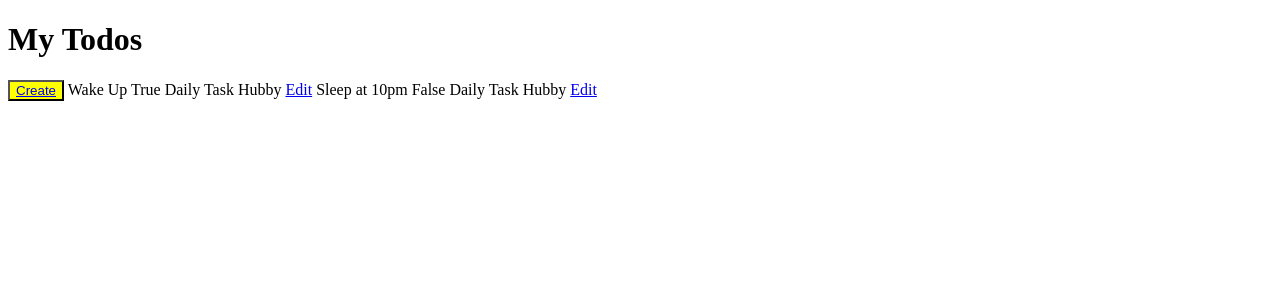
Repository: 99Ace/djangoLesson
Page: http://localhost/todos/
The author's editor kept a record of every edit. The page is drawn from the files as they stood at one moment, then again after the next edit.
The browser window is 1280 px wide. The pictures show the whole page.
The page is served by the project's application, run on Django 2.2 (manage.py). Other server files are loaded and not shown. The page reads the database file committed with the project.

Above is the page before.

### todos/views.py
from django.shortcuts import render, HttpResponse, redirect, get_object_or_404
from .models import Item
from .forms import ItemForm

# Create your views here.
def show_todos(request):
    results = Item.objects.all()
    return render(request, "todo.html", {
        'items':results
    })

# CREATE FUNCTION
def create_item(request):
  if request.method == "POST":
        form = ItemForm(request.POST, request.FILES)
        if form.is_valid():
            form.save()
            return redirect(show_todos)
  else:
     form = ItemForm()
     return render(request, "todo_form.html", {'form': form})

#create new function
def edit_item(request, id):
    item = get_object_or_404(Item, pk=id)

    if request.method == "POST":
        form = ItemForm(request.POST, instance=item)
        if form.is_valid():
            form.save()
            return redirect(show_todos)
    else:
        form = ItemForm(instance=item)
    return render(request, "todo_form.html", {'form': form})

### todos/templates/todo.html
<!DOCTYPE html>
<html lang="en">
<head>
    <meta charset="UTF-8">
    <meta name="viewport" content="width=device-width, initial-scale=1.0">
    <meta http-equiv="X-UA-Compatible" content="ie=edge">
    <title>Document</title>
</head>
<body>
    <h1> My Todos</h1>
    <button style="background-color:yellow"><a href="create">Create</a></button>
    <tr>
        {% for i in items %}
         <td>
             {{ i.name }}
             {{ i.done }}
             {{ i.tag }}
             {{ i.category }}
             {{ i.assign }} <a href="edit/{{i.id}}">Edit</a>
         </td>
        {%endfor%}
    </tr>
</body>
</html>

### todos/models.py
from django.db import models

# Create your models here.
# declare a class named "Item"
class Item(models.Model):
    name = models.CharField(max_length=30, blank=False)
    done = models.BooleanField(blank=False, default=False)
    ongoing = models.BooleanField(blank=False, default=False)
    completed_at = models.DateField(blank=True, null=True, default=None)
    category = models.ForeignKey('Category', on_delete=models.CASCADE)
    tags = models.ManyToManyField('Tag')
    assign = models.ForeignKey('Arrow', on_delete=models.CASCADE)

    def __str__(self):
        return self.name

class Category(models.Model):
    name = models.CharField(max_length=255, blank=False)
    def __str__(self):
        return self.name

class Tag(models.Model):
    name = models.CharField(max_length=50, blank=False)
    def __str__(self):
        return self.name

class Arrow(models.Model):
    name = models.CharField(max_length=255, blank=False)
    def __str__(self):
        return self.name

### todo_project/urls.py
"""todo_project URL Configuration

The `urlpatterns` list routes URLs to views. For more information please see:
    https://docs.djangoproject.com/en/2.2/topics/http/urls/
Examples:
Function views
    1. Add an import:  from my_app import views
    2. Add a URL to urlpatterns:  path('', views.home, name='home')
Class-based views
    1. Add an import:  from other_app.views import Home
    2. Add a URL to urlpatterns:  path('', Home.as_view(), name='home')
Including another URLconf
    1. Import the include() function: from django.urls import include, path
    2. Add a URL to urlpatterns:  path('blog/', include('blog.urls'))
"""
from django.contrib import admin
from django.urls import path
from todos.views import show_todos, create_item, edit_item  #<-- add function name here


urlpatterns = [
    path('admin/', admin.site.urls),
    path('todos/',show_todos),
    path('todos/create', create_item),
    path('todos/edit/<id>', edit_item)
    # path('todos/delete'<--route , function name)
]

### db.sqlite3 (the tables this page reads, as SQL)
CREATE TABLE "todos_arrow" ("id" integer NOT NULL PRIMARY KEY AUTOINCREMENT, "name" varchar(255) NOT NULL);
INSERT INTO "todos_arrow" VALUES
(1, 'Wife'),
(2, 'Son'),
(3, 'Hubby'),
(4, 'Daughter');

CREATE TABLE "todos_category" ("id" integer NOT NULL PRIMARY KEY AUTOINCREMENT, "name" varchar(255) NOT NULL);
INSERT INTO "todos_category" VALUES
(1, 'Daily Task'),
(2, 'Achoc Task'),
(3, 'Random Task');

CREATE TABLE "todos_item" ("id" integer NOT NULL PRIMARY KEY AUTOINCREMENT, "name" varchar(30) NOT NULL, "done" bool NOT NULL, "completed_at" date NULL, "ongoing" bool NOT NULL, "category_id" integer NOT NULL REFERENCES "todos_category" ("id") DEFERRABLE INITIALLY DEFERRED, "assign_id" integer NOT NULL REFERENCES "todos_arrow" ("id") DEFERRABLE INITIALLY DEFERRED);
INSERT INTO "todos_item" VALUES
(1, 'Wake Up', 1, NULL, 0, 1, 3),
(2, 'Sleep at 10pm', 0, NULL, 0, 1, 3);

After the next edit:
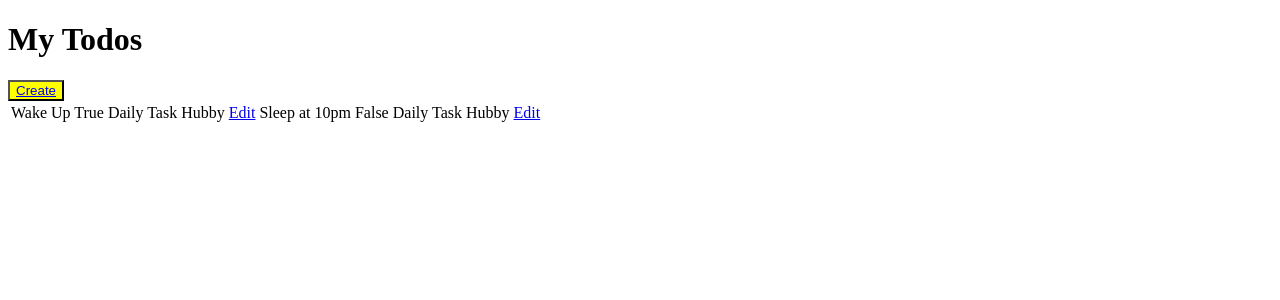
The edit:
--- a/todos/templates/todo.html
+++ b/todos/templates/todo.html
@@ -9,6 +9,7 @@
 <body>
     <h1> My Todos</h1>
     <button style="background-color:yellow"><a href="create">Create</a></button>
+    <table>
     <tr>
         {% for i in items %}
          <td>
